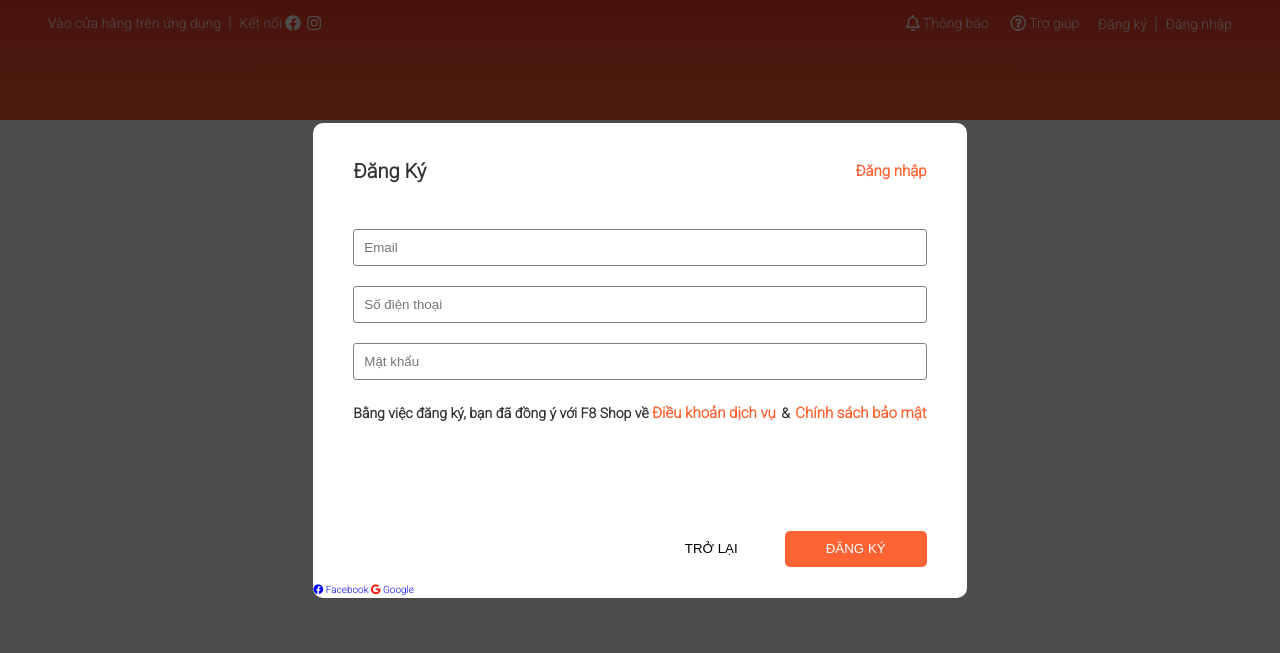
Repository: kebinh1235/Shopee-Demo
Page: index.html
An editor plug-in stored every save of this project. The page is shown before and after the next save, followed by the edit.
The browser window is 1280 px wide. The pictures show the whole page.

Above is the page before, as saved 2021-10-01 23:38:16.

### index.html
<!DOCTYPE html>
<html lang="en">

<head>
  <meta charset="UTF-8">
  <meta http-equiv="X-UA-Compatible" content="IE=edge">
  <meta name="viewport" content="width=device-width, initial-scale=1.0">
  <title>F8 Shop</title>
  <link rel="stylesheet" href="./asset/css/main.css">
  <link rel="stylesheet" href="./asset/css/base.css">
  <link rel="stylesheet" href="https://cdnjs.cloudflare.com/ajax/libs/font-awesome/5.15.4/css/all.min.css">
</head>

<body>
  <div class="app">
    <header class="header">
      <div class="grid">
        <nav class="header__navbar">
          <ul class="header__navbar-list">
            <li class="header__navbar-item header__item-separator">
              Vào cửa hàng trên ứng dụng
              <div class="header__navbar-QRCode">
                <div class="header__navbar-QRCode-img">
                  <img
                    src="https://upload.wikimedia.org/wikipedia/commons/thumb/d/d0/QR_code_for_mobile_English_Wikipedia.svg/1200px-QR_code_for_mobile_English_Wikipedia.svg.png"
                    alt="">
                </div>
                <div class="header__navbar-QRCode-social">
                  <a class="header__navbar-QRCode-link" href="#">
                    <i class="fab fa-google header__navbar-QRCode-icon-google"></i>
                    <span class="header__navbar-QRCode-title-google">Google</span>
                  </a>
                  <a class="header__navbar-QRCode-link" href="#">
                    <i class="fab fa-facebook header__navbar-QRCode-icon-facebook"></i>
                    <span class="header__navbar-QRCode-title-facebook">Facebook</span>
                  </a>
                </div>
              </div>
            </li>
            <li class="header__navbar-item">
              <span class="user__select-none">Kết nối</span>
              <a class="header__navbar-link-icon" href="#">
                <i class="fab fa-facebook header__navbar-icon"></i>
              </a>
              <a class="header__navbar-link-icon" href="#">
                <i class="fab fa-instagram header__navbar-icon"></i>
              </a>
            </li>
          </ul>
          <ul class="header__navbar-list">
            <li class="header__navbar-item">
              <a href="#" class="header__navbar-link">
                <i class="far fa-bell header__navbar-icon"></i>
                Thông báo
              </a>
              <div class="header__navbar-notification">
                <div class="header__navbar-noti-heading">
                  <h3>Thông báo nhận hàng</h3>
                </div>
                <ul class="header__navbar-noti-list">
                  <li class="header__navbar-noti-list-item header__navbar-noti-list-viewd">
                    <a class="header__navbar-noti-list-link" href="#">
                      <img src="https://www.oberlo.com/media/1603958036-new-products.jpg" alt="">
                      <div class="header_navbar-noti-content">
                        <span class="header_navbar-noti-name">Xác thực chính hãng nguồn gốc các sản phẩm Ohui</span>
                        <span class="header_navbar-noti-description">Xác thực chính hãng nguồn gốc các sản phẩm
                          Ohui</span>
                      </div>
                    </a>
                  </li>
                  <li class="header__navbar-noti-list-item header__navbar-noti-list-viewd">
                    <a class="header__navbar-noti-list-link" href="#">
                      <img src="https://www.oberlo.com/media/1603958036-new-products.jpg" alt="">
                      <div class="header_navbar-noti-content">
                        <span class="header_navbar-noti-name">Xác thực chính hãng nguồn gốc các sản phẩm Ohui</span>
                        <span class="header_navbar-noti-description">Xác thực chính hãng nguồn gốc các sản phẩm
                          Ohui</span>
                      </div>
                    </a>
                  </li>
                  <li class="header__navbar-noti-list-item">
                    <a class="header__navbar-noti-list-link" href="#">
                      <img src="https://www.oberlo.com/media/1603958036-new-products.jpg" alt="">
                      <div class="header_navbar-noti-content">
                        <span class="header_navbar-noti-name">Xác thực chính hãng nguồn gốc các sản phẩm Ohui</span>
                        <span class="header_navbar-noti-description">Xác thực chính hãng nguồn gốc các sản phẩm
                          Ohui</span>
                      </div>
                    </a>
                  </li>
                </ul>
                <div class="header__navbar-noti-footer">
                  <a class="header__navbar-noti-footer-link" href="#">Xem tất cả</a>
                </div>
              </div>
            </li>
            <li class="header__navbar-item">
              <a href="#" class="header__navbar-link">
                <i class="far fa-question-circle header__navbar-icon"></i>
                Trợ giúp
              </a>
            </li>
            <li class="header__navbar-item">
              <a href="#" class="header__navbar-link header__item-bold header__item-separator">Đăng ký</a>
            </li>
            <li class="header__navbar-item">
              <a href="#" class="header__navbar-link header__item-bold">Đăng nhập</a>
            </li>
          </ul>
        </nav>
      </div>
    </header>

    <div class="container">

    </div>

    <div class="footer">

    </div>
    <!--Modal-->
    <div class="modal">
      <div class="modal__overlay"></div>
      <div class="modal__body">
        <div class="modal__inner">
          <div class="auth__form">
            <div class="auth__form-padding">
              <div class="auth__form-header">
                  <h3 class="auth__form-heading">Đăng Ký</h3>
                  <span class="authb__form-btn-switch">Đăng nhập</span>
              </div>
              <div class="auth__form-form">
                <div class="auth__form-group">
                  <input class="auth__form-input" type="text" placeholder="Email">
                </div>
                <div class="auth__form-group">
                  <input class="auth__form-input" type="text" placeholder="Số điện thoại">
                </div>
                <div class="auth__form-group">
                  <input class="auth__form-input" type="text" placeholder="Mật khẩu">
                </div>
              </div>
              <div class="auth__form-note">
                <p class="auth_form-text">
                  Bằng việc đăng ký, bạn đã đồng ý với F8 Shop về
                  <a class="auth__form-note-link" href="#">Điều khoản dịch vụ</a>
                  <span class="auth__form-note-icon">&</span>
                  <a class="auth__form-note-link" href="#">Chính sách bảo mật</a>
                </p>
              </div>
              <div class="auth__form-controls">
                <button class="btn">TRỞ LẠI</button>
                <button class="btn btn-primary">ĐĂNG KÝ</button>
              </div>
            </div>
            <div class="auth__form-social">
              <a href="#" class="btn btn-with-icon-facebook">
                <i class="fab fa-facebook header__navbar-QRCode-icon-facebook"></i>
                Facebook
              </a>
              <a href="#" class="btn btn-with-icon-google">
                <i class="fab fa-google header__navbar-QRCode-icon-google"></i>
                Google
              </a>
            </div>
          </div>
        </div>
      </div>
    </div>
  </div>
</body>

</html>

### asset/css/main.css
.header {
  height: 120px;
  background: linear-gradient(0, #fe6433, #f53e2d)
}
.header__navbar {
  display: flex;
  justify-content: space-between;
  padding: 10px 0;
}
.header__navbar-QRCode{
  background: white;
  height: 200px;
  position: absolute;
  top: 30px;
  padding: 10px;
  display: none;
  animation: fadeIn ease-out .8s;
}
.header__navbar-item:hover .header__navbar-QRCode {
  display: block;
}
.header__navbar-item:hover .header__navbar-notification {
  display: block;
}
.header__navbar-QRCode-img{
  width: 160px;
}
.header__navbar-QRCode-img img {
  width: 100%;
}
.header__navbar-QRCode-social {
  display: flex;
  align-items: center;
  justify-content: space-between;
}
.header__navbar-QRCode-social:before {
  content: '';
  position: absolute;
  top: -8px;
  left: 0;
  width: 100%;
  height: 10px;
  background: transparent;
}
.header__navbar-QRCode-link {
  font-size: 1.4rem;
  color: var(--text-color);
}
.header__navbar-QRCode-title-google:hover {
  color: #ff1100;
  transition: var(--transition-primary);
}
.header__navbar-QRCode-title-facebook:hover {
  color: blue;
  transition: var(--transition-primary);
}
.header__navbar-QRCode-icon-google {
  color: #ff1100;
}
.header__navbar-QRCode-icon-facebook {
  color: blue;
}
.header__navbar-list {
  list-style: none;
}
.header__navbar-item {
  margin: 0 8px;
  position: relative;
  min-height: 26px;
}
.header__item-separator::after {
  content: '';
  position: absolute;
  right: -10px;
  top: 50%;
  transform: translateY(-50%);
  height: 12px;
  border: 1px solid #FB9086;
}
.header__navbar-item,
.header__navbar-link {
  display: inline-block;
  font-size: 1.4rem;
  color: var(--white-color);
  text-decoration: none;
  font-weight: 300;
}
.header__navbar-item:hover,
.header__navbar-link:hover,
.header__navbar-link-icon:hover {
  cursor: pointer;
  color: rgba(255, 255, 255, 0.7);
}
.header__navbar-item,
.header__navbar-link,
.header__navbar-link-icon {
  display: inline-flex;
  align-items: center;
}
.header__navbar-link-icon {
  color: var(--white-color);
}
.header__navbar-icon {
  font-size: 1.6rem;
  margin: 0 3px;
}
.header__item-bold {
  font-weight: 500;
}
.user__select-none {
  cursor: text;
  color: var(--white-color);
}
.header__navbar-notification{
  position: absolute;
  top: 35px;
  right: 0;
  width: 404px;
  background: var(--white-color);
  display: none;
  box-shadow: rgba(0, 0, 0, 0.16) 0px 1px 4px;
  animation: growthUp ease-in .3s;
  will-change: opacity, transform, scale;
  transform-origin: calc(100% - 20px) top;
}
.header__navbar-notification:before {
  content: "";
  position: absolute;
  top: -10px;
  right: 0;
  width: 100%;
  background: transparent;
  height: 15px;
}
.header__navbar-notification:after {
  content: "";
  position: absolute;
  top: -32px;
  right: 10px;
  border: 20px solid #000;
  border-color: transparent transparent var(--white-color) transparent;
}
.header__navbar-noti-heading{
  padding: 10px;
  box-shadow: rgba(0, 0, 0, 0.16) 0px 1px 4px;
  cursor: default;
}
.header__navbar-noti-heading h3 {
  font-size: 1.6rem;
  color: var(--text-color);
}
.header__navbar-noti-list{
  list-style: none;
  box-shadow: rgba(0, 0, 0, 0.16) 0px 1px 1px;
}
.header__navbar-noti-list-item{
  padding: 8px 10px;
}
.header__navbar-noti-list-viewd{
  background: #ffe3e3;
}
.header__navbar-noti-list-item:hover{
  background: #f3c8c8;
  transition: var(--transition-primary);
}
.header__navbar-noti-list-link{
  display: inline-flex;
  align-items: center;
}
.header__navbar-noti-list-link img{
  width: 60px;
  object-fit: contain;
}
.header_navbar-noti-content{
  padding-left: 10px;
}
.header_navbar-noti-name{
  font-size: 1.4rem;
  font-weight: bold;
  color: var(--text-color);
  margin-bottom: 5px;
  line-height: 2rem;
  text-align: justify;
  display: block;
}
.header_navbar-noti-description{
  font-size: 1.3rem;
  color: var(--text-color-rgb-black);
  display: block;
}
.header__navbar-noti-footer{
  padding: 10px;
  text-align: center;
  box-shadow: rgba(0, 0, 0, 10px) 0px 1px 1px;
}
.header__navbar-noti-footer-link{
  color: var(--text-color-rgb-black);
}

/*Start Modal*/
.modal{
  position: fixed;
  /* top: 0;
  right: 0;
  bottom: 0;
  left: 0; */
  inset: 0;
  display: flex;
}
.modal__overlay{
  position: absolute;
  width: 100%;
  height: 100%;
  background: rgba(0, 0, 0, 0.7);
}
.modal__body{
  margin: auto;
  background: var(--white-color);
  overflow: hidden;
  z-index: 1;
  border-radius: 10px;
}
.modal__inner{
  padding: 0;
}
.auth__form-padding {
  padding: 0 40px;
}
.auth__form-header{
  display: flex;
  justify-content: space-between;
  align-items: center;
  padding: 40px 0;
}
.auth__form-heading{
  font-size: 2rem;
  color: var(--text-color);
  font-weight: bold;
}
.authb__form-btn-switch{
  font-size: 1.5rem;
  color: var(--primary-color);
  font-weight: bold;
}
.auth__form-group{
  padding: 10px 0;
  width: 100%;
}
.auth__form-input {
  width: 100%;
  padding: 10px;
  border-radius: 3px;
  overflow: hidden;
  border: 1px solid gray;
}
.auth__form-input:focus {
  outline: none;
}
.auth__form-note{
  font-size: 1.4rem;
  color: var(--text-color);
  font-weight: bold;
  padding: 15px 0;
}
.auth__form-note-link {
  color: var(--primary-color);
  font-size: 1.5rem;
}
.auth__form-note-icon {
  margin: 0 2px;
}
.auth__form-controls{
  padding: 15px 0;
  text-align: right;
  margin-top: 80px;
}
.auth__form-social{

}

/*End Modal*/

### asset/css/base.css
@import url('https://fonts.googleapis.com/css2?family=Roboto:wght@300&display=swap');
:root {
  --white-color: #fff;
  --black-color: #000;
  --primary-color: #fe6433;
  --text-color: #333;
  --text-color-rgb-black: rgba(0, 0, 0, 0.7);
  --transition-primary: all .2s linear;
  --btn-primary: linear-gradient(0, #fe6433, #f53e2d);
}

* {
  margin: 0;
  padding: 0;
  box-sizing: inherit;
  text-decoration: none;
}

html {
  font-size: 62.5%;
  line-height: 1.6rem;
  border: none;
  outline: none;
  overflow: hidden;
  box-sizing: border-box;
  font-family: 'Roboto', sans-serif;
}

.grid {
  width: 1200px;
  max-width: 100%;
  margin: 0 auto;
}

.grid__full-width {
  width: 100%;
}

.grid__row {
  display: flex;
  flex-wrap: wrap;
}
/*Button Style*/
.btn {
  min-width: 142px;
  height: 36px;
  border: none;
  cursor: pointer;
  background: transparent;
  border-radius: 5px;
}
.btn:hover {
  background: rgba(0, 0, 0, 0.2);
  transition: all .1s linear;
}
.btn.btn-primary {
  color: var(--white-color);
  background: var(--primary-color);
}
.btn.btn-disabled {
  color: #ccc;
  cursor: default;
  background: #999;
}



/*Animation*/
@keyframes fadeIn {
  0% {
    opacity: 0;
  }
  100% {
    opacity: 1;
  }
}

@keyframes growthUp {
  0% {
    opacity: 0;
    transform: scale(0);
  }
  100% {
    opacity: 1;
    transform: scale(1);
  }
}

After the next save:
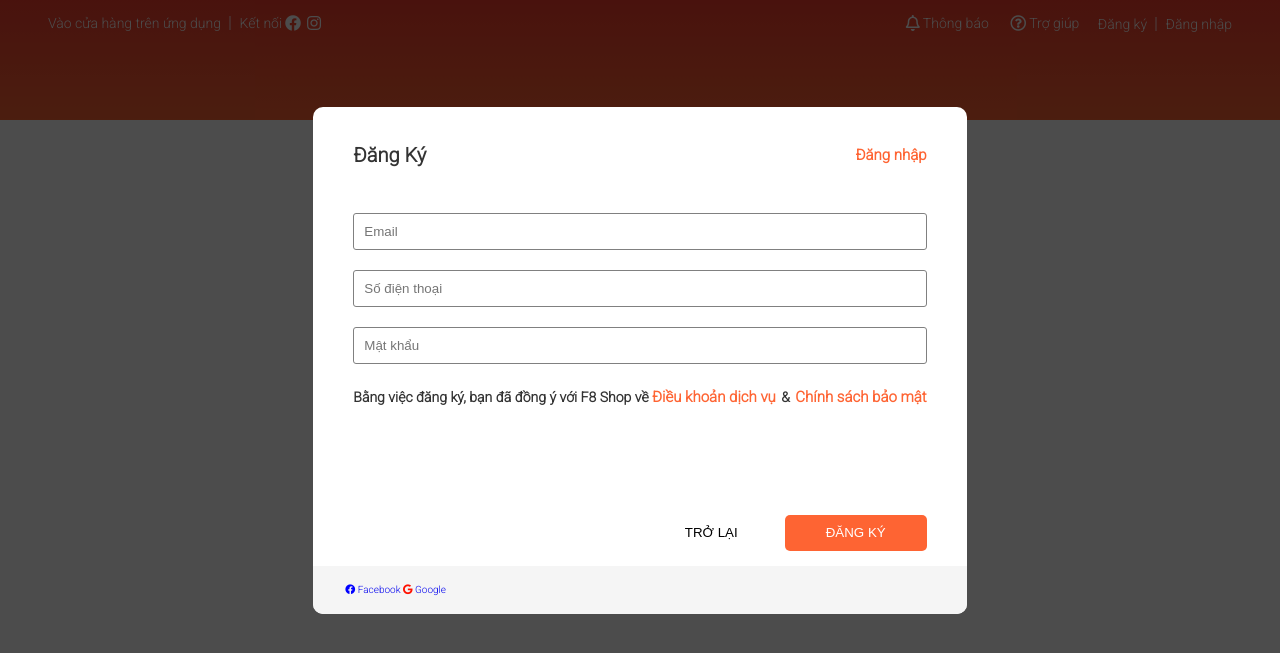
Saved 23 h 6 min later.
--- a/asset/css/main.css
+++ b/asset/css/main.css
@@ -275,7 +275,8 @@
   margin-top: 80px;
 }
 .auth__form-social{
-
+  background: #F5F5F5;
+  padding: 16px 32px;
 }
 
 /*End Modal*/
